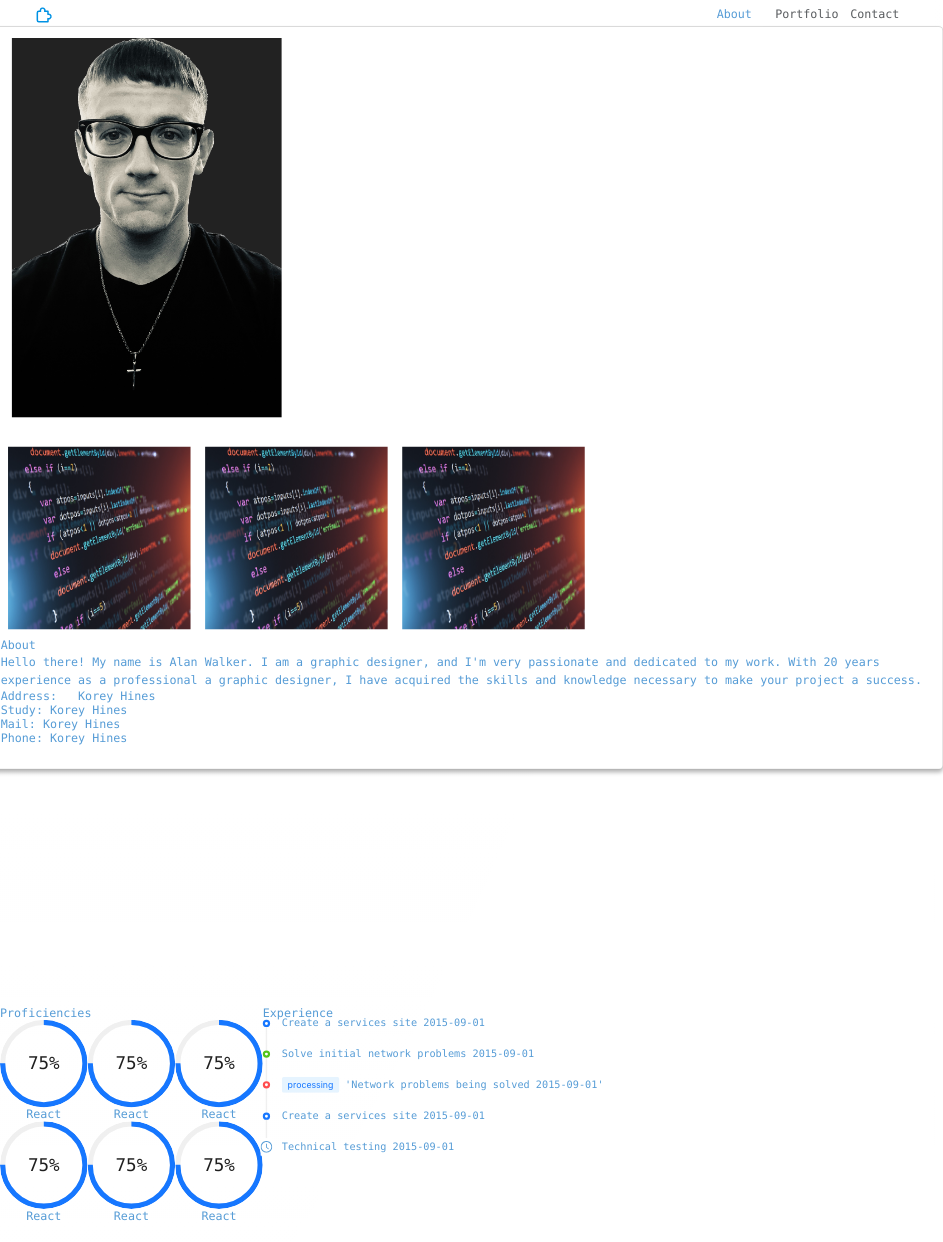
Repository: devkthines/next-portfolio-v2
Page: /about
An editor plug-in stored every save of this project. The page is shown before and after a run of saves, followed by the edit.
The browser window is 1280 px wide. The page is 1292 px wide, so the pictures cover 1292 px, including what lies to the right of the window. The pictures show the whole page, at 73% of full size.
The project was rebuilt for these pictures with package versions that can differ from the ones it lists, and the page was loaded fresh each time. The framework's server and built-in components were replaced by stand-ins that run in the browser. Also part of the build but not shown: next.config.js.

Above is the page before, as saved 2023-09-25 21:56:28.

After the next 3 saves:
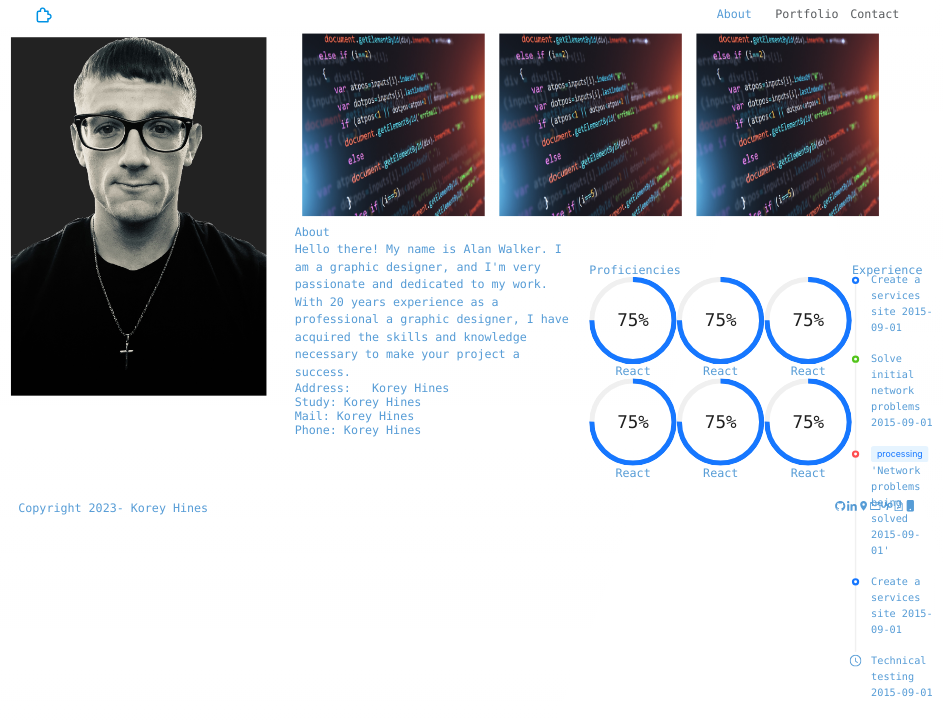
The 3 saves are shown as one change because 2 did not build or start.
The last was saved 32 s later.
--- a/src/app/about/page.js
+++ b/src/app/about/page.js
@@ -49,9 +49,9 @@ export default function About() {
       {/* <div> */}
       <Row>
 
-        <Card id='aboutcard'>
+        {/* <Card id='aboutcard'> */}
           <Col id=''>
-            <Card.Img variant="top" id='aboutImg' src='/images/IMG-update.jpg' /> </Col>
+            <img variant="top" id='aboutImg' src='/images/IMG-update.jpg' /> </Col>
           <Col>
             <div>
               <div id='aboutImgs' className='d-flex'>
@@ -76,10 +76,10 @@ export default function About() {
               </div>
             </div>
           </Col>
-          <Card.Body>
+          {/* <Card.Body>
 
           </Card.Body>
-        </Card>
+        </Card> */}
 
         <Col id='' className=''>
           <div id='abtTop' className='d-flex '><div>
